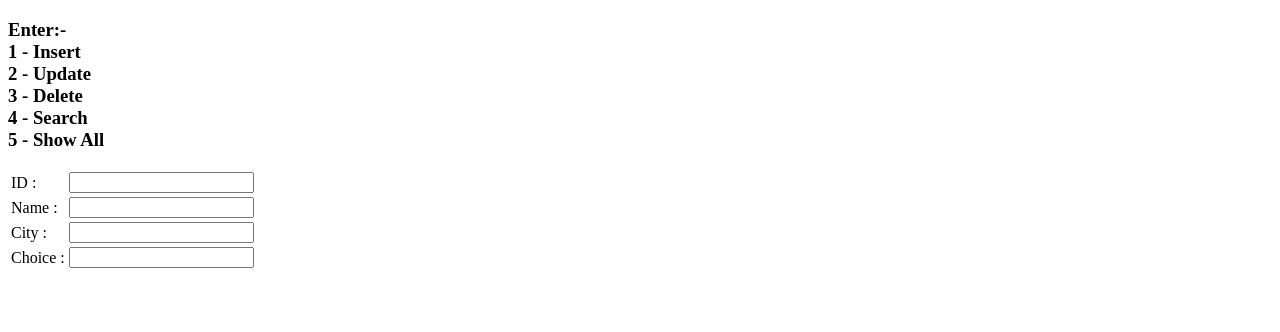
Repository: Vishalrathod8788/JEE
Page: stmt_Connectivity/WebContent/index.html
An editor plug-in stored every save of this project. The page is shown before and after the next save, followed by the edit.
The browser window is 1280 px wide. The pictures show the whole page.

Above is the page before, as saved 2023-10-01 12:05:49.

After the next save:
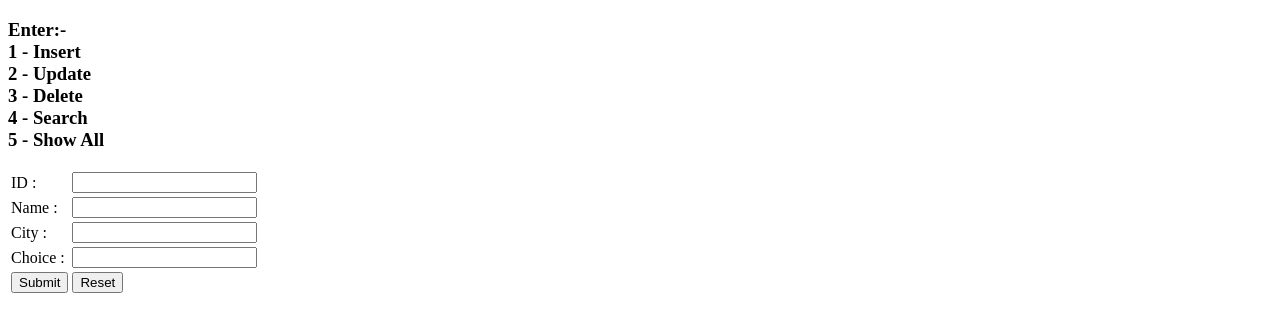
Saved 20 s later.
--- a/stmt_Connectivity/WebContent/index.html
+++ b/stmt_Connectivity/WebContent/index.html
@@ -34,6 +34,10 @@
 				<td>Choice :</td>
 				<td><input type="text" name="choice"></td>
 			</tr>
+			<tr>
+				<td><input type="submit" value="Submit"></td>
+				<td><input type="reset" value="Reset"></td>
+			</tr>
 		</table>
 	</form>
 </body>
